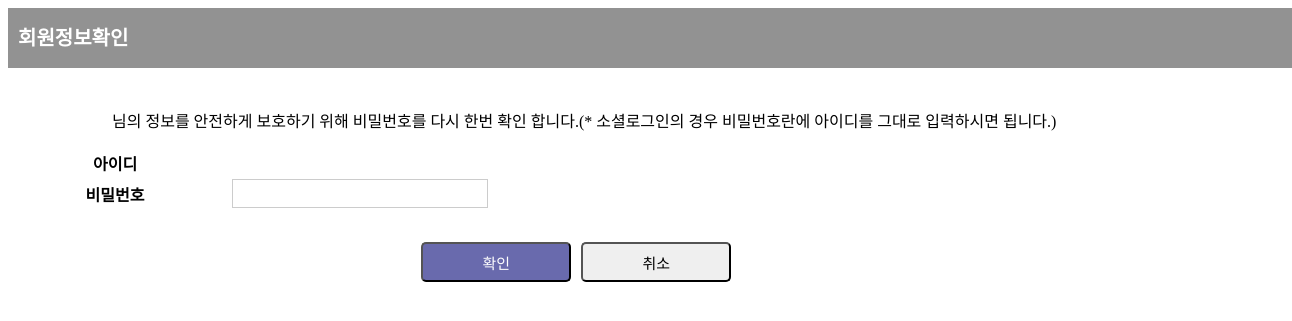
Repository: euzny/Spring-Website
Page: http://localhost/anafor/WEB-INF/views/my_info/checkpw.jsp
An editor plug-in stored every save of this project. The page is shown before and after the next save, followed by the edit.
The browser window is 1280 px wide. The page is 1292 px wide, so the pictures cover 1292 px, including what lies to the right of the window. The pictures show the whole page.
The page is served by Tomcat 9. Nobody is signed in. Other server files are loaded and not shown. The template is opened directly, without the code that normally fills it, so the values that code supplies are empty.

Above is the page before, as saved 2022-06-21 10:19:42.

### Workspace/anafor/src/main/webapp/WEB-INF/views/my_info/checkpw.jsp
<%@ page language="java" contentType="text/html; charset=UTF-8"
    pageEncoding="UTF-8"%>
<!DOCTYPE html>
<html>
<head>
<meta charset="UTF-8">
<title>Insert title here</title>
<style>
	#titlename{ width:100%; background:#929292; height:60px; text-align:left; font-size:20px; font-weight:700; line-height:60px; padding: 0px 10px; color:#FFFFFF; }
	#spanid,#id{ color:#696AAD; font-weight:800;}

	#msg_user{width:90%; height:40px; margin-top:40px; text-align:left; margin-left:100px; }
	table{
		width:90%;
	}
	td{
		text-align:left;
		padding-left:10px;
	}
	input[type="password"]{
		border:1px solid #ccc;
		width:250px;
		height:25px;
	}
	input[type="button"]{
		width:150px;
		height:40px;
		margin-right:10px;
		margin-top:30px;
		border-radius:5px;
		font-size:15px;
		color:#FFFFFF;
		cursor:pointer;
	}

	input[type="button"]:nth-child(1){
		background:#696AAD;
	}
	input[type="button"]:nth-child(2){
		color:#000000;
	}

</style>
</head>
<body>
	<div id = "titlename">회원정보확인</div>
	<div id = "msg_user">
		<span id="spanid">${loginInfo.user_name}</span>
		<span>&nbsp;님의 정보를 안전하게 보호하기 위해 비밀번호를 다시 한번 확인 합니다.(* 소셜로그인의 경우 비밀번호란에 아이디를 그대로 입력하시면 됩니다.)</span>
		<input type="hidden" name="userid" id="userid" value="${loginInfo.user_id}"/>
	</div>
		<table>
			<tr>
				<th>아이디</th>
				<td id="id">${loginInfo.user_id }</td>
			</tr>
			<tr>
				<th>비밀번호</th>
				<td><input type="password" name="userpw" id="userpw" /></td>
			</tr>
			<tr>
				<td colspan="2" style="text-align:center; border:0px"><input type="button" value="확인" onclick="checkpw()"/><input type="button"  value="취소"/></td>
			</tr>
		</table>
<script>


function checkpw(){
	$.ajax({					//ajax 통신

		url: 'userLoginChk' ,
		data : {user_id:$("#userid").val(), user_pw:$("#userpw").val()},
		success : function(response){
			if(response){
				alert("회원정보페이지로 이동합니다.");
				location = "userinfo.ur";
			}else{
				alert("비밀번호가 일치하지 않습니다.");
				$("#userpw").focus();
			}
		}, error : function(req,text){
			alert(text+' : '+req.status);
		}
	});//ajax

}



</script>
</body>
</html>

After the next save:
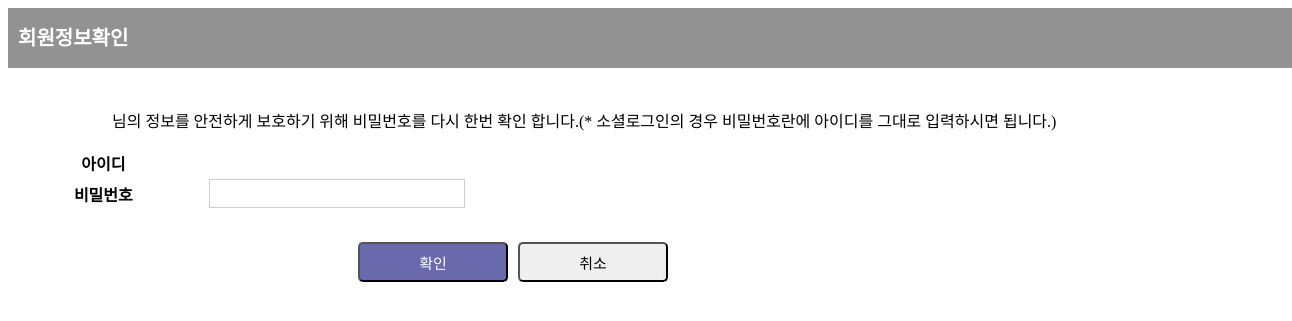
Saved 45 s later.
--- a/Workspace/anafor/src/main/webapp/WEB-INF/views/my_info/checkpw.jsp
+++ b/Workspace/anafor/src/main/webapp/WEB-INF/views/my_info/checkpw.jsp
@@ -9,9 +9,9 @@
 	#titlename{ width:100%; background:#929292; height:60px; text-align:left; font-size:20px; font-weight:700; line-height:60px; padding: 0px 10px; color:#FFFFFF; }
 	#spanid,#id{ color:#696AAD; font-weight:800;}
 
-	#msg_user{width:90%; height:40px; margin-top:40px; text-align:left; margin-left:100px; }
+	#msg_user{width:80%; height:40px; margin-top:40px; text-align:left; margin-left:100px; }
 	table{
-		width:90%;
+		width:80%;
 	}
 	td{
 		text-align:left;
